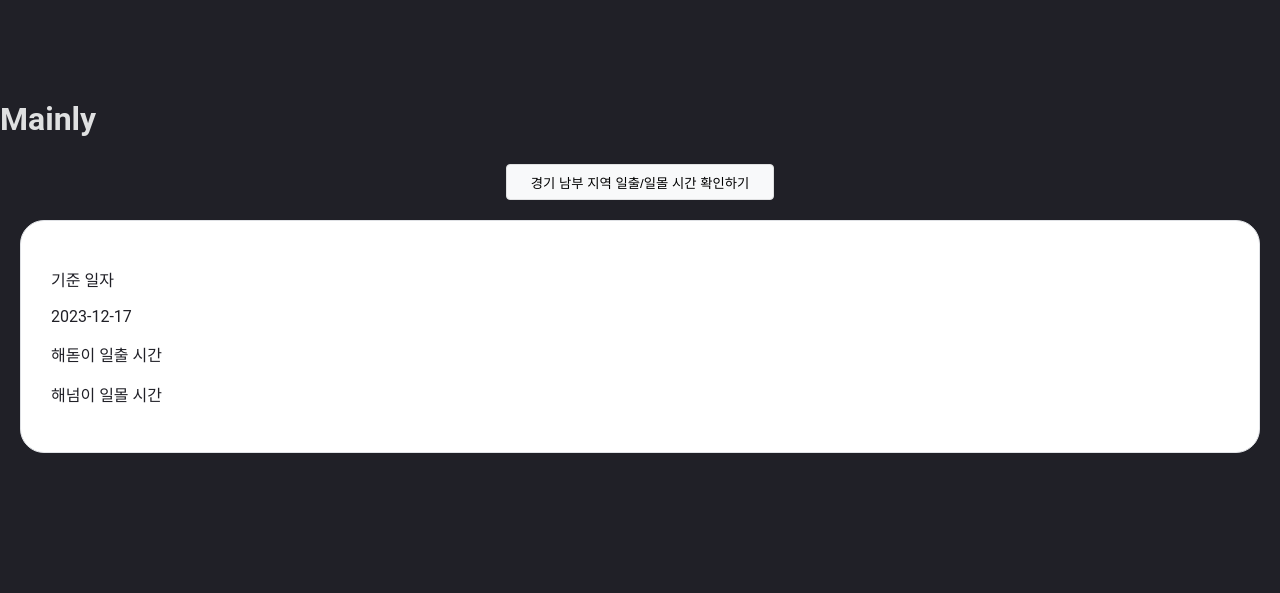
Repository: M1NARTY/WebProgramming
Page: sunsetSunrise.html
These files come from the project's save history. The page is drawn as it stood at one moment and after the next save; the edit follows.
The browser window is 1280 px wide. The pictures show the whole page.

Above is the page before, as saved 2023-12-21 02:14:36.

### sunsetSunrise.html
<!DOCTYPE html>
<html lang="en">
    <head>
        <meta charset="UTF-8">
        <title>Mainly Sun</title>
        <link rel="stylesheet" href="css/sunsetSunrise.css">
        <script defer src="js/sun.js"></script>
    </head>
    <body>
        <h1 class="title">
            <h1><a href="./index.html">Mainly</a></h1>
        </h1>
        <div class="button">
            <button type="button" id="btn">경기 남부 지역 일출/일몰 시간 확인하기</button>
        </div>
        <div class="sunBox">
            <dl>
                <p>기준 일자</p>
                <p id="date"><script>
                    var date = new Date();
                    var year = date.getFullYear();
                    var month = ("0" + (1 + date.getMonth())).slice(-2);
                    var day = ("0" + date.getDate()).slice(-2);
                    document.write(year + "-" + month + "-" + day);
                </script></p>
                <p>해돋이 일출 시간</p>
                <p id="riseTime"></p>
                <p>해넘이 일몰 시간</p>
                <p id="setTime"></p>
            </dl>
        </div>
    </body>
</html>

### css/sunsetSunrise.css
body {
    background-color: #202027;
    color: #dfe0e1;
    font-family: "Roboto";
    height: 100%;
    margin: 0;
}

div {
    color: #202027;
}

a {
    text-decoration: none;
    text-decoration-line: none;
    color: #dfe0e1;
    text-align: center;
}

.title {
    text-align: center;
    margin-top: 100px;
    font-family: "Roboto";
    font-size: 90px;
    font-style: normal;
    font-weight: 600;
    line-height: normal;
    letter-spacing: -15px;
}

.sunBox {
    margin: 20px;
    padding: 30px;
    border: 1px solid #DFE1E5;
    border-radius: 24px;
    background: #FFF;
}

#btn {
    display: flex;
    justify-content: center;
    align-items: center;
    width: 268px;
    height: 36px;
    margin: 0 auto;
    margin-top: 26px;
    border-radius: 4px;
    border: 1px solid #dfe0e1;
    background: #F8F9FA;
    gap: 20px;
}

.title h1 {
    font-family: "Roboto";
    color: #dfe0e1;
    margin-left: 50px;
}

### js/sun.js
document.addEventListener('DOMContentLoaded', function() {
    document.getElementById('btn').addEventListener('click', function() {
        var url = 'https://api.sunrise-sunset.org/json?lat=37.291111&lng=127.008888&date=today&tzId=Asia/Seoul';

        fetch(url)
            .then((response) => response.json())
            .then((data) => {
                var results = data.results;
                var sunriseTime = '';
                var sunsetTime = '';

                var sunrise = results.sunrise || '데이터 없음';
                var sunset = results.sunset || '데이터 없음';

                sunriseTime += `<p>${sunrise}</p>`;
                sunsetTime += `<p>${sunset}</p>`;

                document.querySelector('#riseTime').innerHTML = sunriseTime;
                document.querySelector('#setTime').innerHTML = sunsetTime;
            });
    });
});

After the next save:
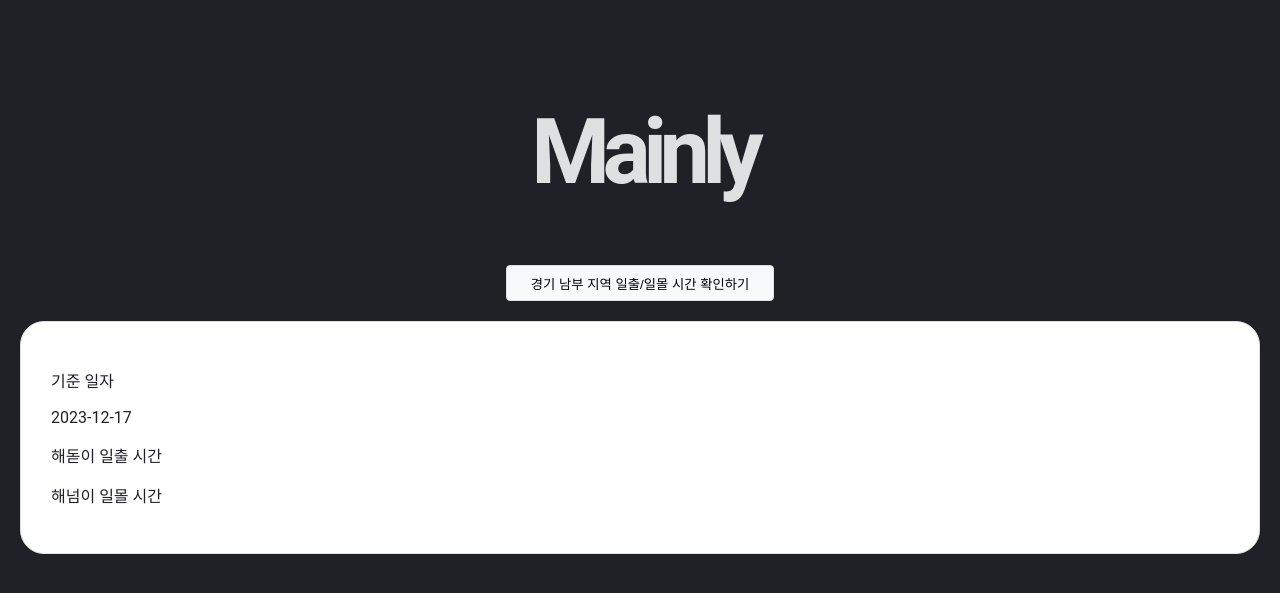
Saved 25 s later.
--- a/sunsetSunrise.html
+++ b/sunsetSunrise.html
@@ -8,7 +8,12 @@
     </head>
     <body>
         <h1 class="title">
-            <h1><a href="./index.html">Mainly</a></h1>
+            <span>M</span>
+            <span>a</span>
+            <span>i</span>
+            <span>n</span>
+            <span>l</span>
+            <span>y</span>
         </h1>
         <div class="button">
             <button type="button" id="btn">경기 남부 지역 일출/일몰 시간 확인하기</button>
